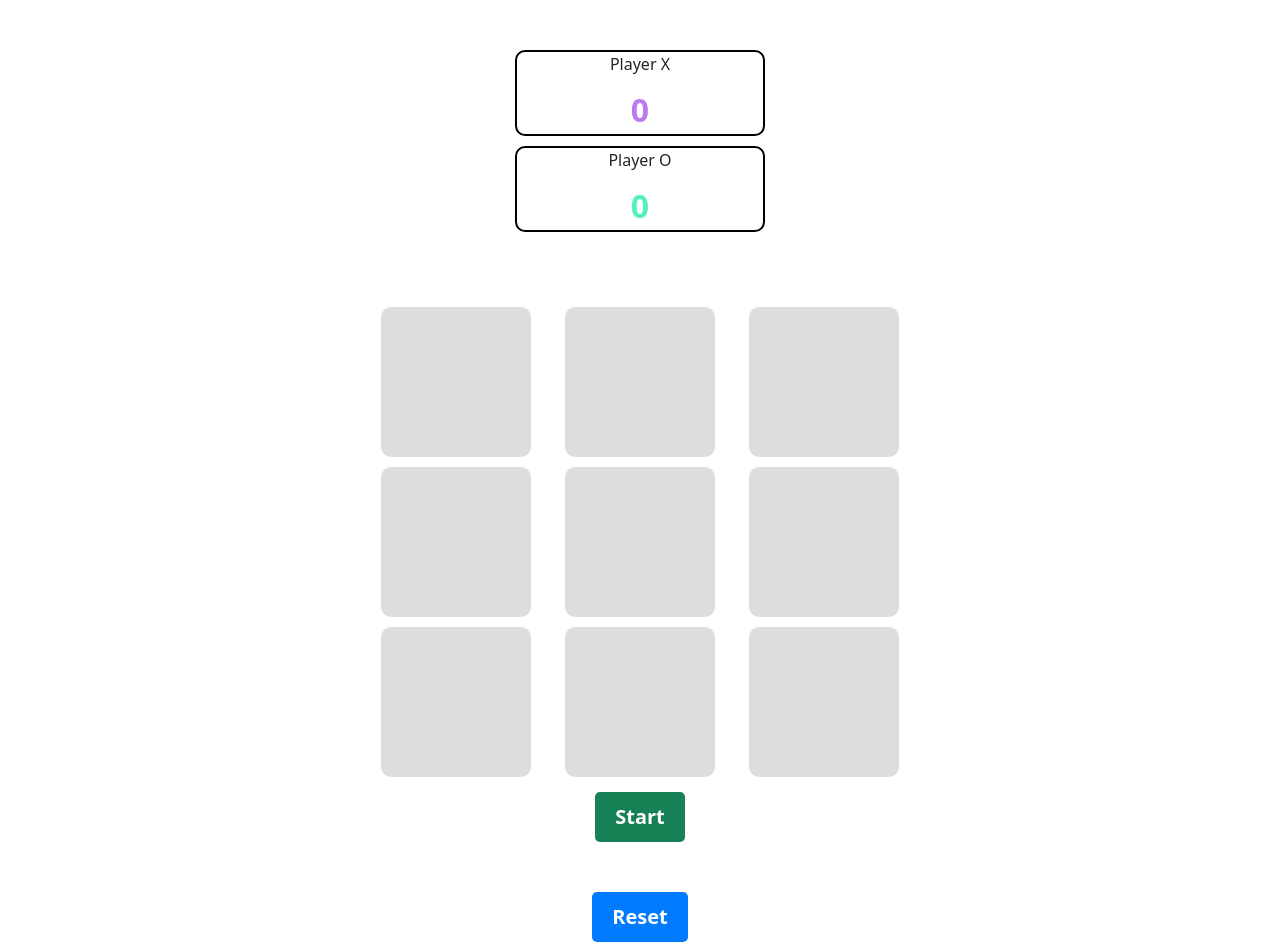
Repository: woodsdeshe/Tic-Tac-Toe
Page: index.html
The author's editor kept a copy of each file at every save. The page is drawn from the files as they stood at one save, then again after a run of saves.
The browser window is 1280 px wide. The pictures show the whole page.

Above is the page before, as saved 2023-03-31 21:33:31.

After the next 2 saves:
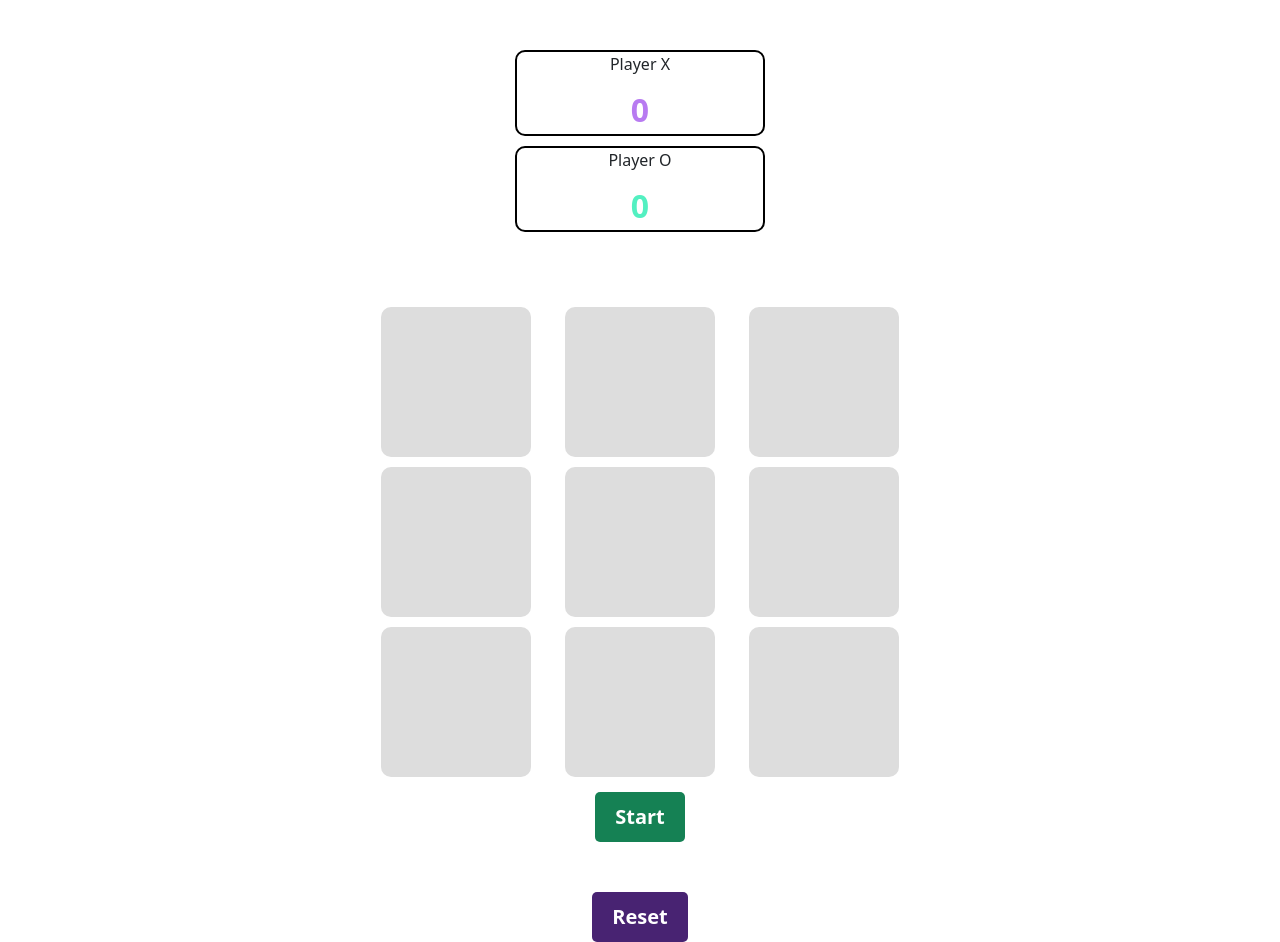
The 2 saves are shown as one change because they came seconds apart.
The last was saved 13 s later.
--- a/styles.css
+++ b/styles.css
@@ -84,7 +84,7 @@
   font-size: 20px;
   font-weight: bold;
   padding: 10px 20px;
-  background-color: #007bff;
+  background-color: #482372;
   color: white;
   border-radius: 5px;
   border: none;
